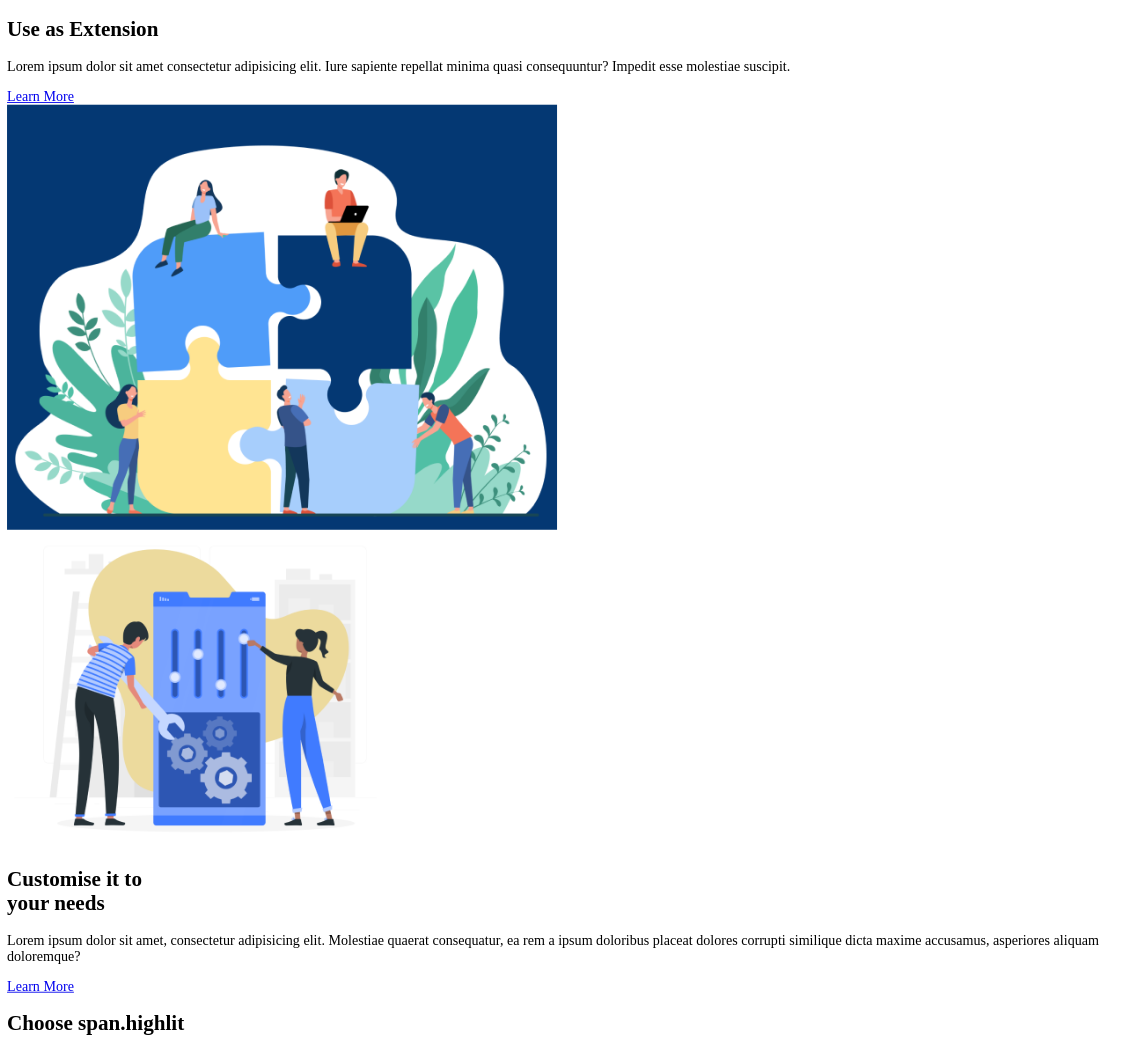
Repository: rinesagajtani0/whitespace_saas
Page: index.html
An editor plug-in stored every save of this project. The page is shown before and after the next save, followed by the edit.
The browser window is 1280 px wide. The pictures show the whole page, at 88% of full size.

Above is the page before, as saved 2025-11-01 15:57:53.

After the next save:
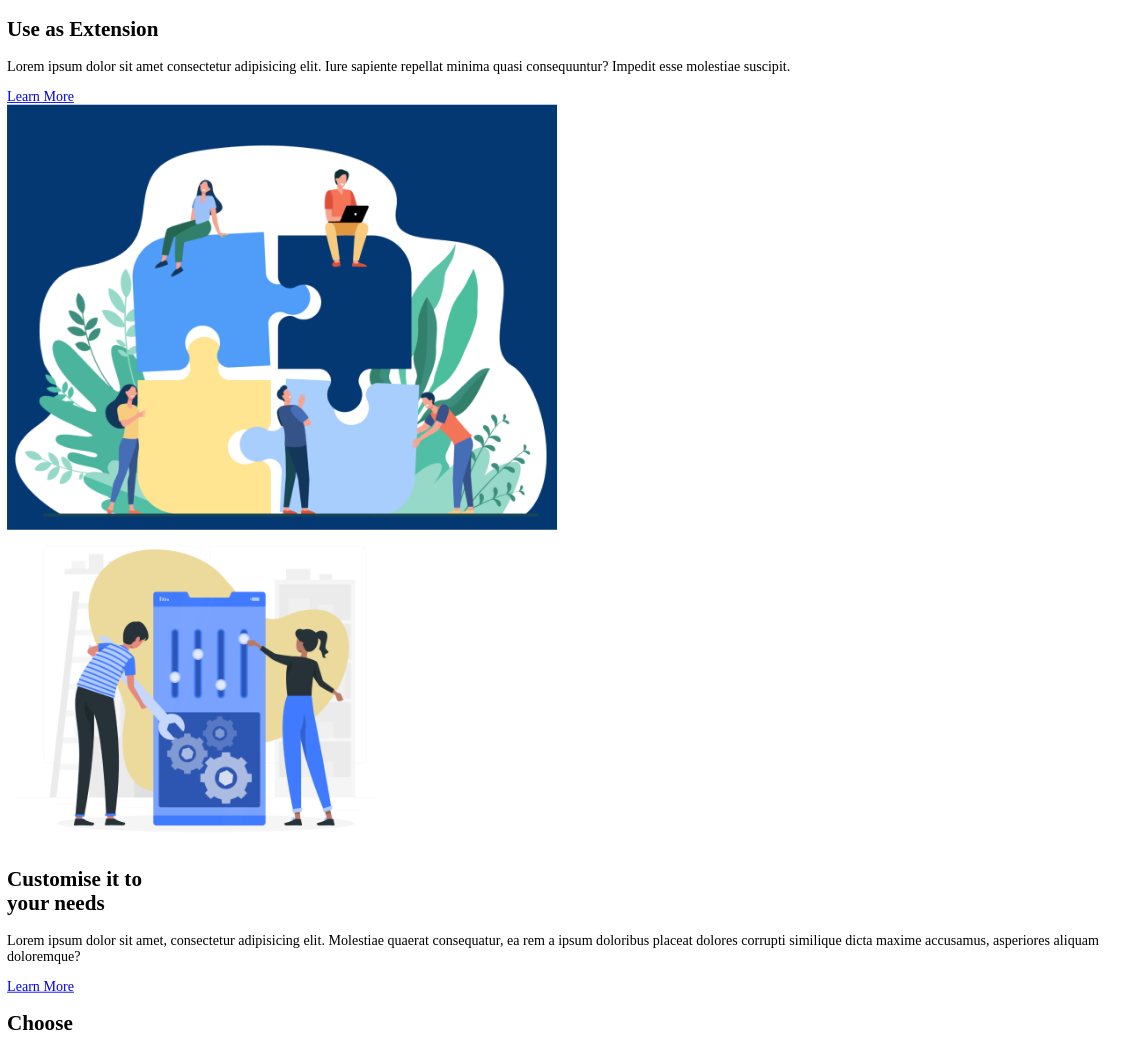
Saved 8 s later.
--- a/index.html
+++ b/index.html
@@ -50,7 +50,7 @@
     <section class="pricing">
         <div class="pricing__container">
             <h2 class="pricing__title">
-                Choose span.highlit
+                Choose <span class="highlight"></span>
             </h2>
         </div>
     </section>
